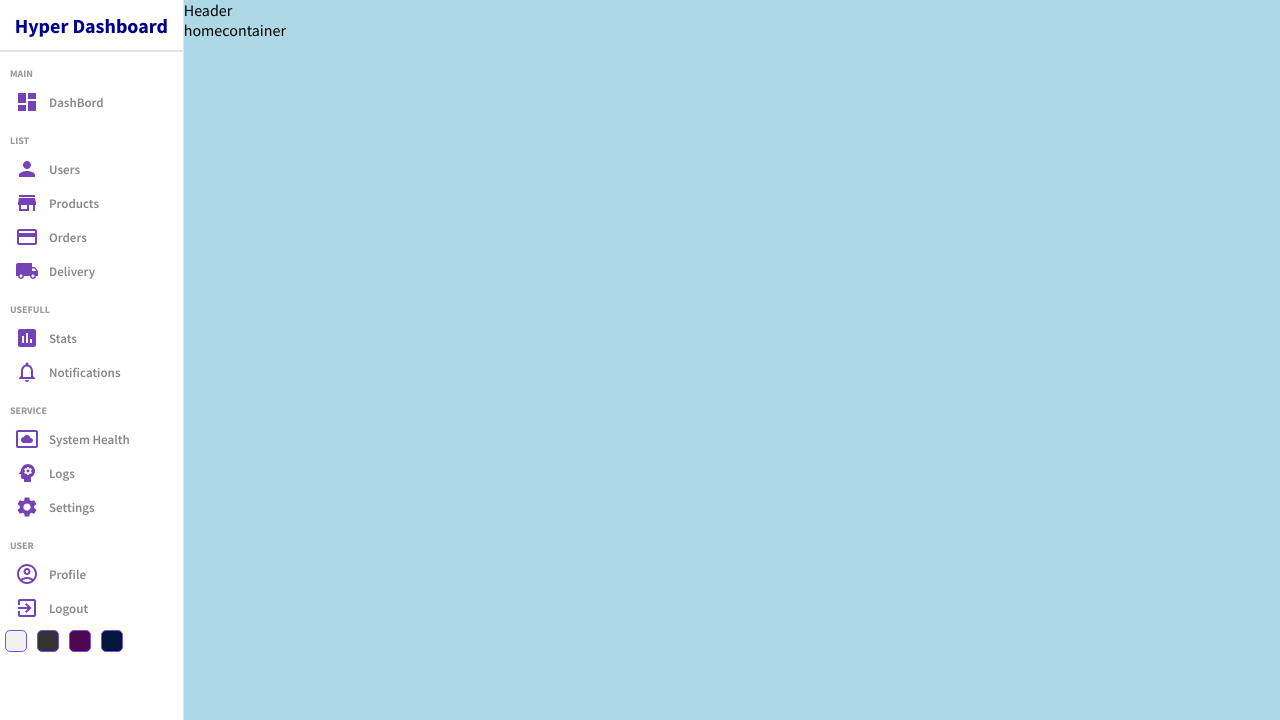
Repository: kenyi-mic/DashBoard
Page: /
These files come from the project's save history. The page is drawn as it stood at one moment and after a run of saves; the edit follows.
The browser window is 1280 px wide. The pictures show the whole page.
The project was rebuilt for these pictures with package versions that can differ from the ones it lists, and the page was loaded fresh each time. Also part of the build but not shown: src/components/Header/header.scss, src/pages/list/List.jsx. Imported but missing from the stored project, and not drawn on this page: src/pages/login/Login, src/pages/new/New, src/pages/single/Single.

Above is the page before, as saved 2022-05-17 11:37:27.

### public/index.html
<!DOCTYPE html>
<html lang="en">

<head>
  <meta charset="utf-8" />
  <meta name="viewport" content="width=device-width, initial-scale=1" />
  <meta name="theme-color" content="#000000" />
  <meta name="description" content="Web site created using create-react-app" />
  <link rel="preconnect" href="https://fonts.googleapis.com">
  <link rel="preconnect" href="https://fonts.gstatic.com" crossorigin>
  <link
    href="https://fonts.googleapis.com/css2?family=Nunito:wght@200;300;400;500;600;700;800;900&family=Source+Sans+Pro:wght@200;300;400;600;700;900&display=swap"
    rel="stylesheet">
  <title>Hyper Dashboard</title>
  <style>
    * {
      margin: 0;
      font-family: 'Nunito', sans-serif;
      font-family: 'Source Sans Pro', sans-serif;
    }
  </style>
</head>

<body>
  <div id="root"></div>

</body>

</html>

### src/App.js
import { BrowserRouter, Routes, Route } from "react-router-dom";
import Home from "./pages/home/Home";
import Login from "./pages/login/Login";
import List from "./pages/list/List";
import Single from "./pages/single/Single";
import New from "./pages/new/New";

function App() {
  return (
    <div className="App">
      <BrowserRouter>
        <Routes>
          <Route path="/">
            <Route index element={<Home />} />
            <Route path="login" element={<Login />} />
            <Route path="users">
              <Route index element={<List />} />
              <Route path=":userId" element={<Single />} />
              <Route path="new" element={<New />} />
            </Route>
            <Route path="products">
              <Route index element={<List />} />
              <Route path=":productId" element={<Single />} />
              <Route path="new" element={<New />} />
            </Route>
          </Route>
        </Routes>
      </BrowserRouter>
    </div>
  );
}

export default App;

### src/pages/home/Home.jsx
import React from "react";
import Header from "../../components/Header/Header";
import Sidebar from "../../components/sidebar/Sidebar";
import "./home.scss";

function Home() {
  return (
    <div className="home">
      <Sidebar />
      <div className="homeContainer">
        <Header />
        homecontainer
      </div>
    </div>
  );
}

export default Home;

### src/components/Header/Header.jsx
import React from "react";
import "./header.scss";

function Header() {
  return (
    <div className="header">
      <div className="wrapper">Header</div>
    </div>
  );
}

export default Header;

### src/components/sidebar/Sidebar.jsx
import React from "react";
import "./sidebar.scss";
import DashboardIcon from "@mui/icons-material/Dashboard";
import PersonIcon from "@mui/icons-material/Person";
import StoreIcon from "@mui/icons-material/Store";
import LocalShippingIcon from "@mui/icons-material/LocalShipping";
import PaymentIcon from "@mui/icons-material/Payment";
import InsertChartIcon from "@mui/icons-material/InsertChart";
import NotificationsNoneIcon from "@mui/icons-material/NotificationsNone";
import SettingsSystemDaydreamIcon from "@mui/icons-material/SettingsSystemDaydream";
import PsychologyIcon from "@mui/icons-material/Psychology";
import SettingsIcon from "@mui/icons-material/Settings";
import AccountCircleOutlinedIcon from "@mui/icons-material/AccountCircleOutlined";
import ExitToAppOutlinedIcon from "@mui/icons-material/ExitToAppOutlined";

function Sidebar() {
  return (
    <div className="sidebar">
      <div className="top">
        <span className="logo">Hyper Dashboard</span>
      </div>
      <hr className="ruler" />
      <div className="center">
        <ul className="list-group">
          <p className="title">MAIN</p>
          <li>
            <DashboardIcon className="icon" />
            <span>DashBord</span>
          </li>
          <p className="title">LIST</p>
          <li>
            <PersonIcon className="icon" />
            <span>Users</span>
          </li>
          <li>
            <StoreIcon className="icon" />
            <span>Products</span>
          </li>
          <li>
            <PaymentIcon className="icon" />
            <span>Orders</span>
          </li>
          <li>
            <LocalShippingIcon className="icon" />
            <span>Delivery</span>
          </li>
          <p className="title">USEFULL</p>
          <li>
            <InsertChartIcon className="icon" />
            <span>Stats</span>
          </li>
          <li>
            <NotificationsNoneIcon className="icon" />
            <span>Notifications</span>
          </li>
          <p className="title">SERVICE</p>
          <li>
            <SettingsSystemDaydreamIcon className="icon" />
            <span>System Health</span>
          </li>
          <li>
            <PsychologyIcon className="icon" />
            <span>Logs</span>
          </li>
          <li>
            <SettingsIcon className="icon" />
            <span>Settings</span>
          </li>
          <p className="title">USER</p>
          <li>
            <AccountCircleOutlinedIcon className="icon" />
            <span>Profile</span>
          </li>
          <li>
            <ExitToAppOutlinedIcon className="icon" />
            <span>Logout</span>
          </li>
        </ul>
      </div>
      <div className="bottom">
        <div className="colorOption"></div>
        <div className="colorOption"></div>
        <div className="colorOption"></div>
        <div className="colorOption"></div>
      </div>
    </div>
  );
}

export default Sidebar;

### src/pages/home/home.scss
.home{
    display: flex;
    .homeContainer{
        background-color: lightblue;
        flex:6;
    }
}

### src/components/sidebar/sidebar.scss
.sidebar{
    flex: 1;
    border-right: 0.5px solid rgb(230, 227, 227);
    min-height: 100vh;
    background-color:white !important;
    .top{
        height:50px;
        display: flex;
        align-items: center;
        justify-content: center;
        .logo{
            font-size: 20px;
            font-weight: bold;
            color: darkblue;
        }
    }
    hr{
        height: 0px;
        border: 0.5px solid rgb(230, 227, 227);
    }

    .center{
        padding-left: 10px;
        ul{
            list-style: none;
            margin: 0px;
            padding: 0px;
            .title{
                font-size:10px;
                font-weight:bold;
                color:#999;
                margin-top: 15px;
                margin-bottom:5px;
            }
            li{
                display: flex;
                align-items: center;
                padding: 5px;
                &:hover{
                    background-color:rgb(212, 212, 224);
                }
                .icon{
                    font: size 18px;
                    color: rgb(117, 67, 182)

                }
                span{
                    font-size:13px;
                    font-weight: 600;
                    color:#888;
                    margin-left:10px;
                }
            }
        }
    }
    .bottom{
        display: flex;
        .colorOption{
            width: 20px;
            height:20px;
            border-radius:5px;
            border: 1px solid #7451f8;
            cursor: pointer;
            margin: 5px;
            &:nth-child(1){
                background-color: #f1f1f1;
            }
            &:nth-child(2){
                background-color: #333;
            }
            &:nth-child(3){
                background-color: #4e064e;
            }
            &:nth-child(4){
                background-color: #04153a;
            }
        }
    }
}

Loaded but not shown: src/index.js (common file); src/pages/list/list.scss (no stored copy; drawn as an empty file)

After the next 2 saves:
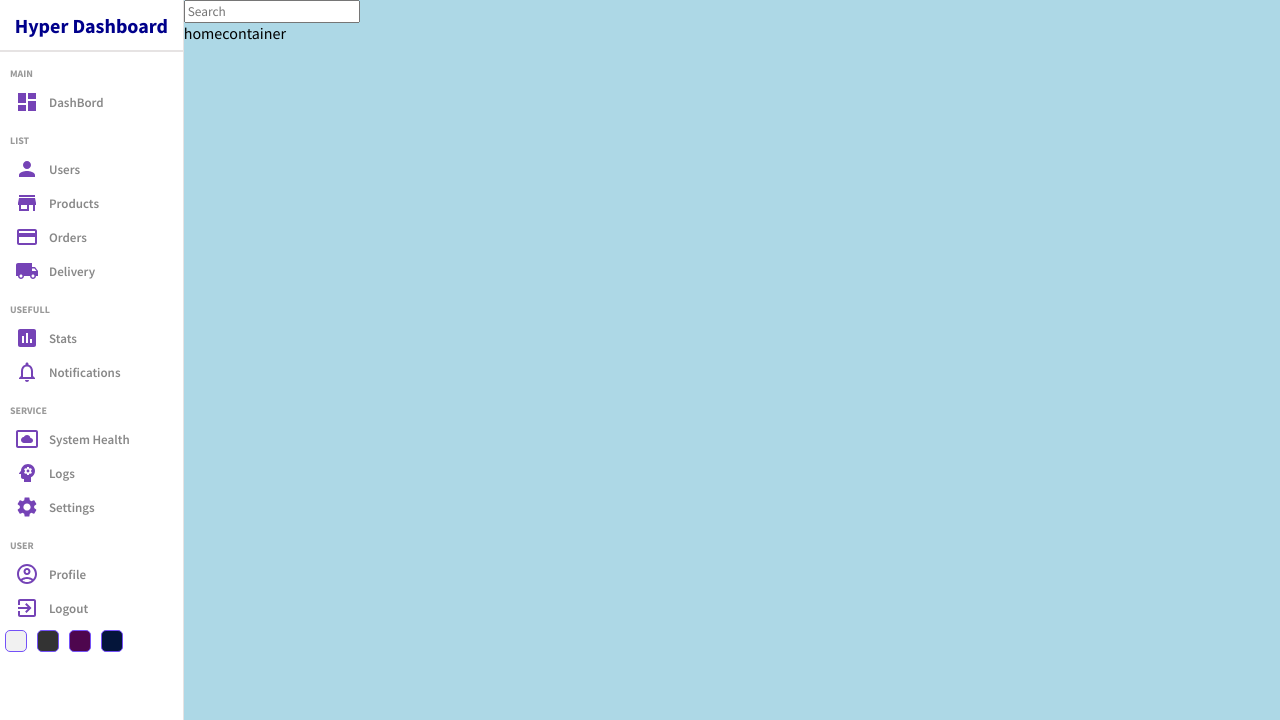
The 2 saves are shown as one change because 1 did not build or start.
The last was saved 3 min 1 s later.
--- a/src/components/Header/Header.jsx
+++ b/src/components/Header/Header.jsx
@@ -4,7 +4,11 @@ import "./header.scss";
 function Header() {
   return (
     <div className="header">
-      <div className="wrapper">Header</div>
+      <div className="wrapper">
+        <div className="search">
+          <input type="text" className="searchInput" placeholder="Search" />
+        </div>
+      </div>
     </div>
   );
 }
